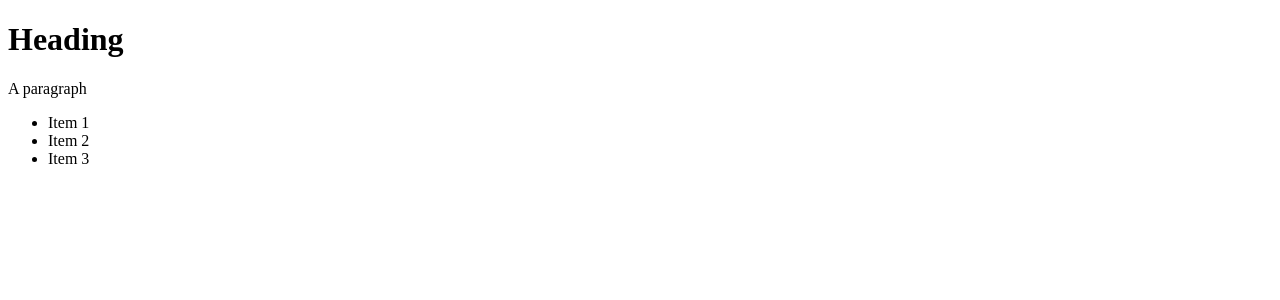
Repository: glgeorgiou/100-days-of-code-projects
Page: Front End Libraries Certification/4.React/react-test.html
The author's editor kept a copy of each file at every save. The page is drawn from the files as they stood at one save, then again after the next save.
The browser window is 1280 px wide. The pictures show the whole page.
Some web libraries are served in a nearby version.

Above is the page before, as saved 2019-06-04 17:09:34.

After the next save:
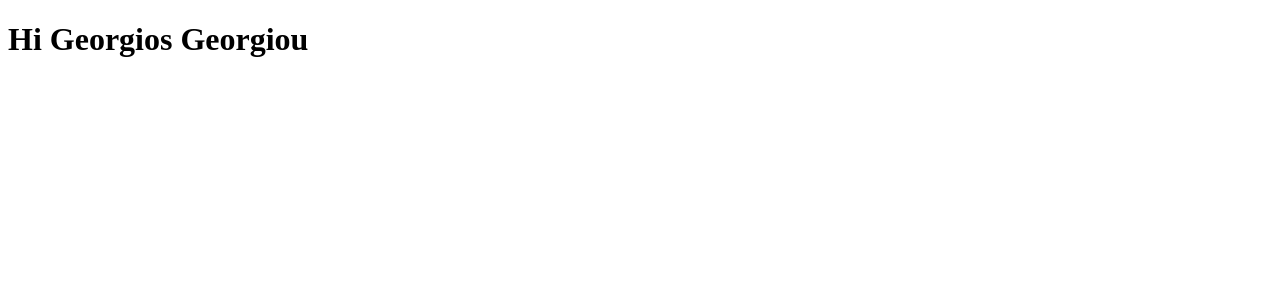
Saved 40 h 16 min later.
--- a/Front End Libraries Certification/4.React/react-test.html
+++ b/Front End Libraries Certification/4.React/react-test.html
@@ -16,18 +16,11 @@
     <div id="challenge-node"></div>
 
     <script type="text/babel">
-      const JSX = (
-        <div>
-          <h1>Heading</h1>
-          <p>A paragraph</p>
-          <ul>
-            <li>Item 1</li>
-            <li>Item 2</li>
-            <li>Item 3</li>
-          </ul>
-        </div>
-       );
-     ReactDOM.render(JSX, document.getElementById('challenge-node'));
+      const name = "Georgios Georgiou"
+      const element = <h1>Hi {name}</h1>;
+
+
+      ReactDOM.render(element, document.getElementById('challenge-node'))  ;
     </script>
   </body>
 </html>
